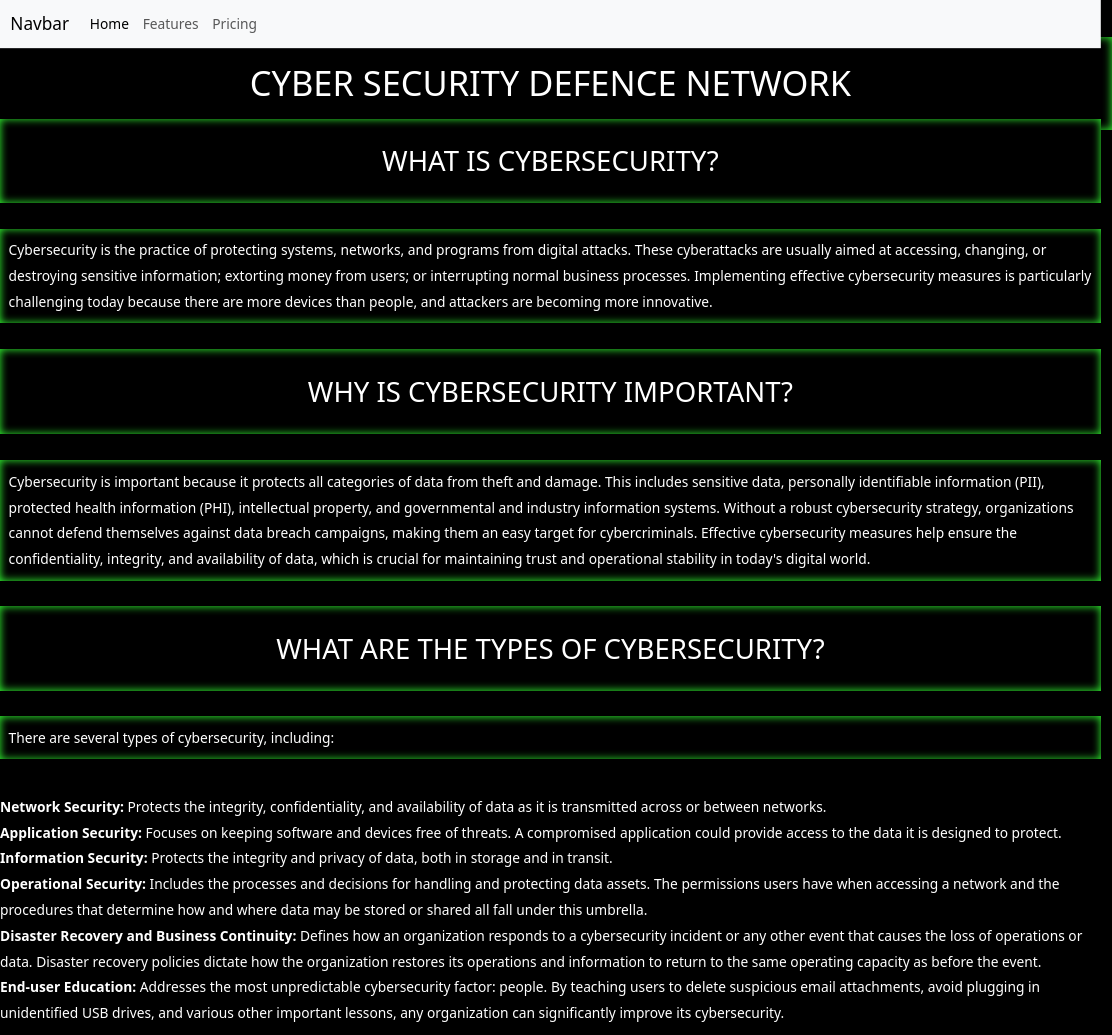
Repository: newworldhost/nwh
Page: index.html
The author's editor kept a copy of each file at every save. The page is drawn from the files as they stood at one save, then again after the next save.
The browser window is 1280 px wide. The page is 1293 px wide, so the pictures cover 1293 px, including what lies to the right of the window. The pictures show the whole page, at 86% of full size.

Above is the page before, as saved 2025-03-04 16:08:30.

After the next save:
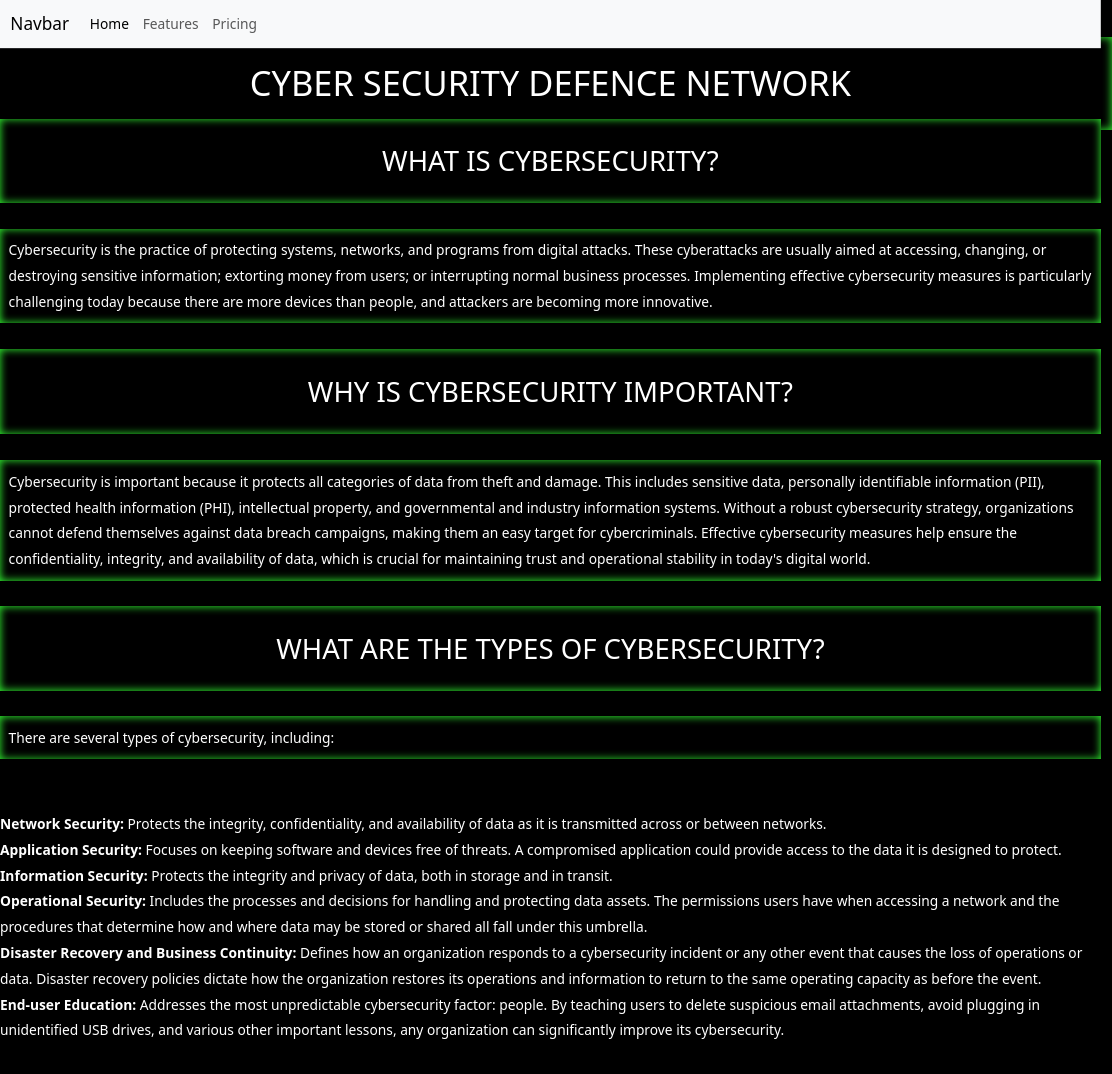
Saved 12 s later.
--- a/index.html
+++ b/index.html
@@ -36,7 +36,7 @@
     <p>Cybersecurity is important because it protects all categories of data from theft and damage. This includes sensitive data, personally identifiable information (PII), protected health information (PHI), intellectual property, and governmental and industry information systems. Without a robust cybersecurity strategy, organizations cannot defend themselves against data breach campaigns, making them an easy target for cybercriminals. Effective cybersecurity measures help ensure the confidentiality, integrity, and availability of data, which is crucial for maintaining trust and operational stability in today's digital world.</p>
     <h2>What are the types of cybersecurity?</h2>
     <p>There are several types of cybersecurity, including:</p>
-    <ul class="list-group">
+    <ul>
         <li><strong>Network Security:</strong> Protects the integrity, confidentiality, and availability of data as it is transmitted across or between networks.</li>
         <li><strong>Application Security:</strong> Focuses on keeping software and devices free of threats. A compromised application could provide access to the data it is designed to protect.</li>
         <li><strong>Information Security:</strong> Protects the integrity and privacy of data, both in storage and in transit.</li>
